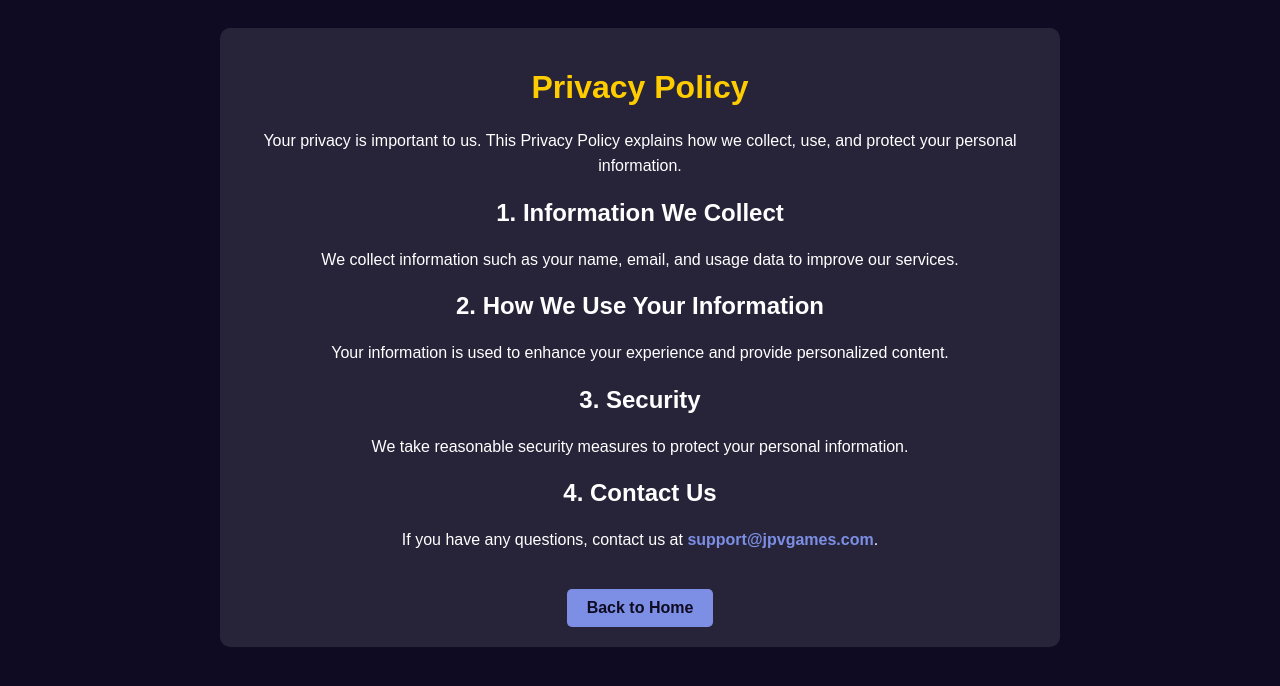
Repository: meenadabhii/jpygames.com
Page: http://localhost/privacy-policy.html
These files come from the project's save history. The page is drawn as it stood at one moment and after the next save; the edit follows.
The browser window is 1280 px wide. The pictures show the whole page.
The page is served by the project's Node server (app.js).

Above is the page before, as saved 2025-02-07 16:11:52.

After the next save:
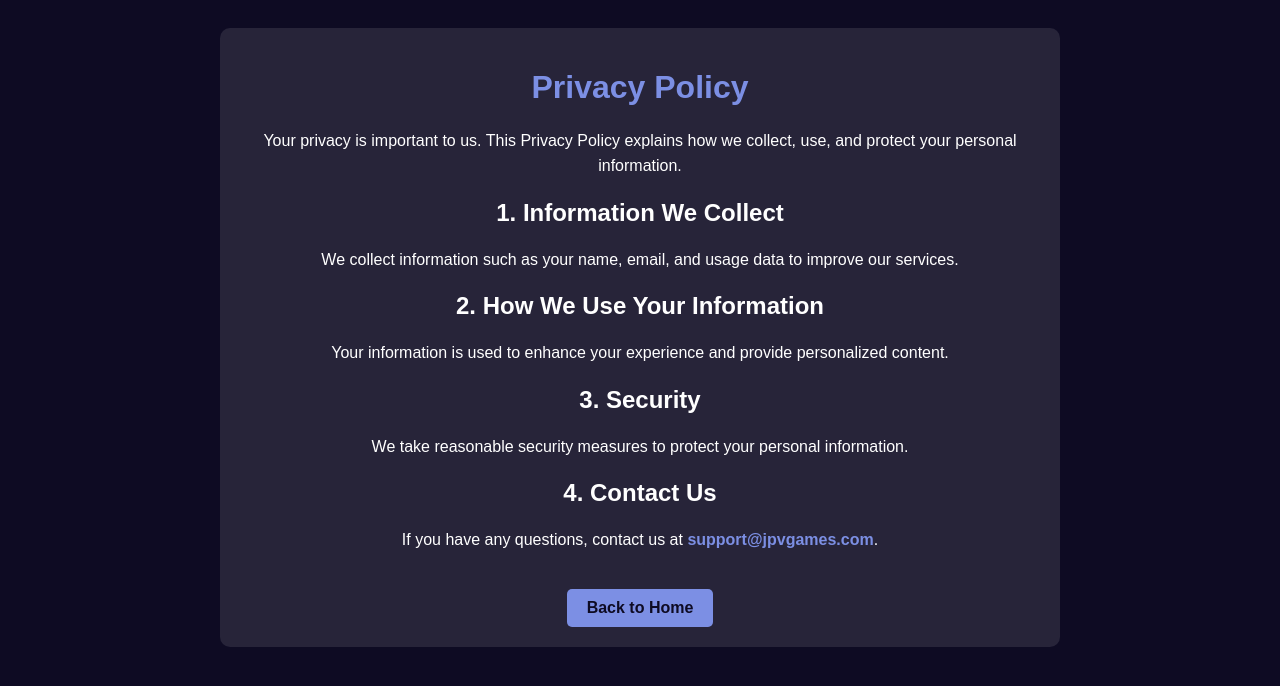
Saved 7 s later.
--- a/nodejs/views/privacy-policy.html
+++ b/nodejs/views/privacy-policy.html
@@ -22,7 +22,7 @@
         }
 
         h1 {
-            color: #ffcc00;
+            color: #7c8fe4;;
         }
 
         p {
